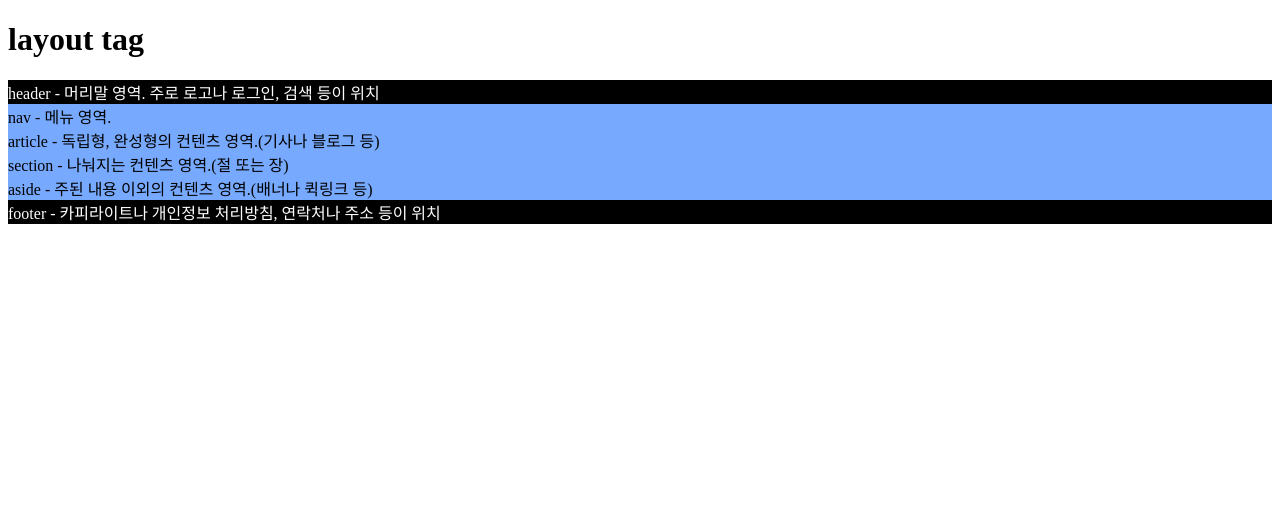
Repository: Git-Seokcoding/WEB
Page: CSS3/src/main/webapp/layout.html
These files come from the project's save history. The page is drawn as it stood at one moment and after the next save; the edit follows.
The browser window is 1280 px wide. The pictures show the whole page.

Above is the page before, as saved 2023-10-12 07:14:14.

### CSS3/src/main/webapp/layout.html
<!DOCTYPE html>
<html>
<head>
<meta charset="UTF-8">
<title>layout tag</title>
</head>
<body>
	<h1>layout tag</h1>
	<header style="background-color: #000;color: #fff; heigh:150px;">
	header - 머리말 영역. 주로 로고나 로그인, 검색 등이 위치
	</header>
	<nav style="background-color: #7af;">
	nav - 메뉴 영역.
	</nav>
	<article style="background-color: #7af;">
	article - 독립형, 완성형의 컨텐츠 영역.(기사나 블로그 등)
	</article>
	<section style="background-color: #7af;">
	section - 나눠지는 컨텐츠 영역.(절 또는 장)
	</section>
	<aside style="background-color: #7af;">
	aside - 주된 내용 이외의 컨텐츠 영역.(배너나 퀵링크 등)
	</aside>
	<footer style="background-color: #000;color: #fff; heigh:150px;">
	footer - 카피라이트나 개인정보 처리방침, 연락처나 주소 등이 위치
	</footer>


</body>
</html>

After the next save:
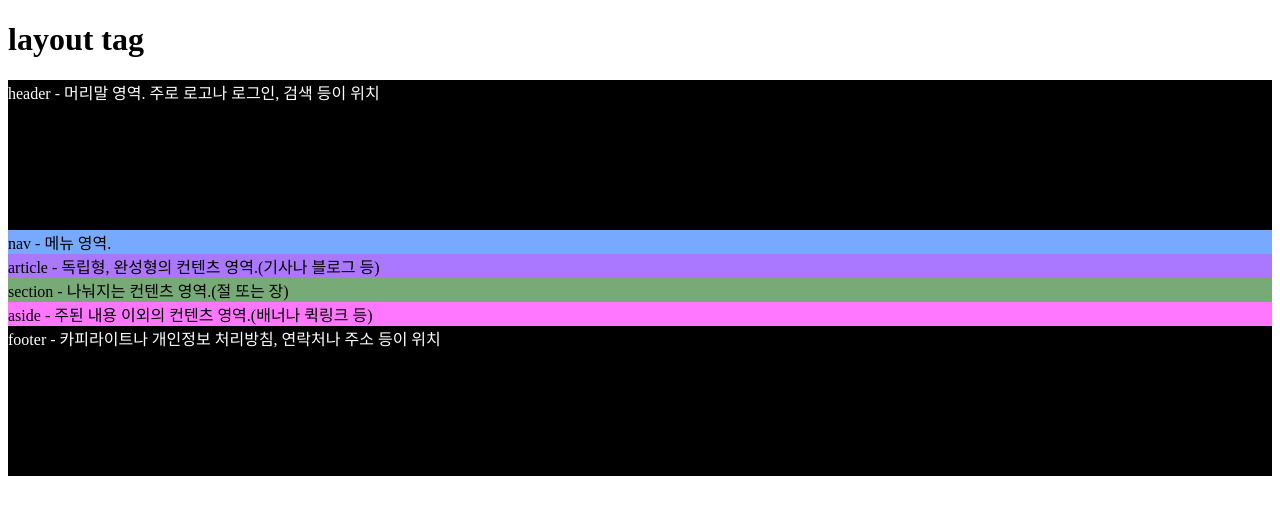
Saved 35 s later.
--- a/CSS3/src/main/webapp/layout.html
+++ b/CSS3/src/main/webapp/layout.html
@@ -6,22 +6,22 @@
 </head>
 <body>
 	<h1>layout tag</h1>
-	<header style="background-color: #000;color: #fff; heigh:150px;">
+	<header style="background-color: #000;color: #fff; height:150px;">
 	header - 머리말 영역. 주로 로고나 로그인, 검색 등이 위치
 	</header>
 	<nav style="background-color: #7af;">
 	nav - 메뉴 영역.
 	</nav>
-	<article style="background-color: #7af;">
+	<article style="background-color: #a7f;">
 	article - 독립형, 완성형의 컨텐츠 영역.(기사나 블로그 등)
 	</article>
-	<section style="background-color: #7af;">
+	<section style="background-color: #7a7;">
 	section - 나눠지는 컨텐츠 영역.(절 또는 장)
 	</section>
-	<aside style="background-color: #7af;">
+	<aside style="background-color: #f7f;">
 	aside - 주된 내용 이외의 컨텐츠 영역.(배너나 퀵링크 등)
 	</aside>
-	<footer style="background-color: #000;color: #fff; heigh:150px;">
+	<footer style="background-color: #000;color: #fff; height:150px;">
 	footer - 카피라이트나 개인정보 처리방침, 연락처나 주소 등이 위치
 	</footer>
 
